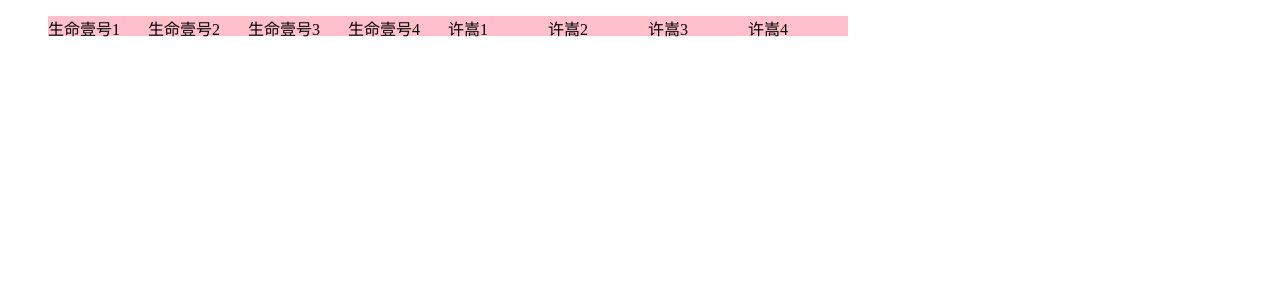
Repository: KaibutsuSama/CodePracticeExample
Page: Html5+Css3/Css3/04.浮动/05.clearboth.html
The author's editor kept a copy of each file at every save. The page is drawn from the files as they stood at one save, then again after a run of saves.
The browser window is 1280 px wide. The pictures show the whole page.

Above is the page before, as saved 2023-01-29 23:57:47.

### Html5+Css3/Css3/04.浮动/05.clearboth.html
<!DOCTYPE html>
<html lang="en">

<head>
    <meta charset="UTF-8">
    <meta http-equiv="X-UA-Compatible" content="IE=edge">
    <meta name="viewport" content="width=device-width, initial-scale=1.0">
    <title>Document</title>
    <style type="text/css">
        * {
            list-style: none;
        }

        li {
            float: left;
            width: 100px;
            height: 20px;
            background-color: pink;
        }
    </style>
</head>

<body>
    <div class="box1">
        <ul>
            <li>生命壹号1</li>
            <li>生命壹号2</li>
            <li>生命壹号3</li>
            <li>生命壹号4</li>
        </ul>
    </div>
    <div class="box2">
        <ul>
            <li>许嵩1</li>
            <li>许嵩2</li>
            <li>许嵩3</li>
            <li>许嵩4</li>
        </ul>
    </div>
</body>

</html>

After the next 3 saves:
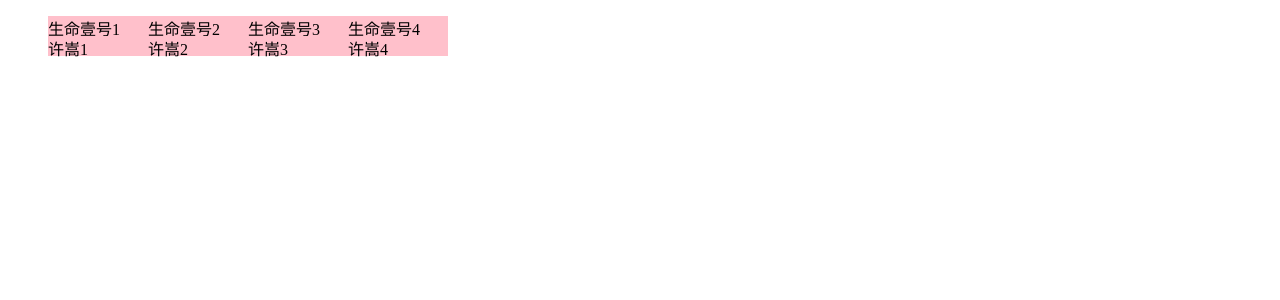
The 3 saves are shown as one change because they came seconds apart.
The last was saved 15 s later.
--- a/Html5+Css3/Css3/04.浮动/05.clearboth.html
+++ b/Html5+Css3/Css3/04.浮动/05.clearboth.html
@@ -16,6 +16,10 @@
             width: 100px;
             height: 20px;
             background-color: pink;
+        }
+
+        .box2{
+            clear:both;
         }
     </style>
 </head>
